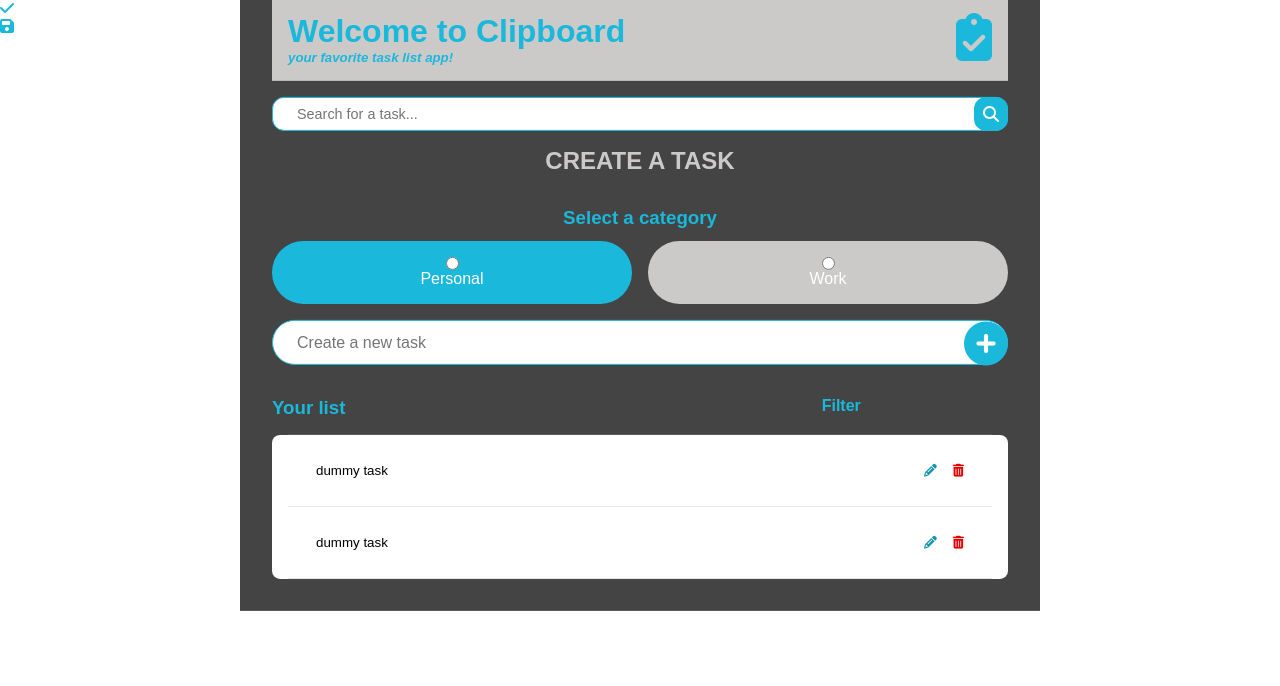
Repository: WesleyErasmus/Todo-App
Page: todoApp.html
An editor plug-in stored every save of this project. The page is shown before and after the next save, followed by the edit.
The browser window is 1280 px wide. The pictures show the whole page.
Some web libraries are served in a nearby version.

Above is the page before, as saved 2022-06-04 22:33:56.

After the next save:
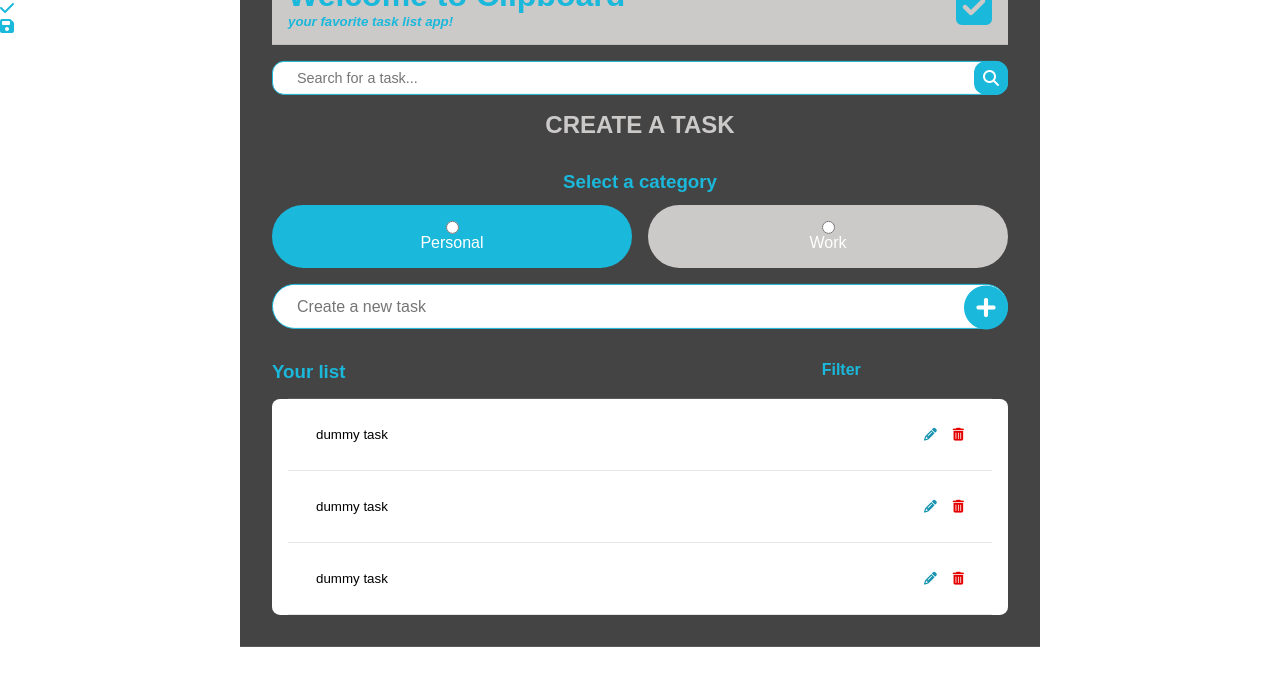
Saved 16 s later.
--- a/todoApp.html
+++ b/todoApp.html
@@ -96,6 +96,20 @@
                     </div>
                 </div>
 
+                <div class="dummy-task">
+
+                    <div class="task-name">
+                        <input type="text"
+                        class="text"
+                        value="dummy task"
+                        readonly>
+                        <div class="edit-delete">
+                            <button class="edit"><i class="fa-solid fa-pencil"></i></button>
+                            <button class="delete"><i class="fa fa-trash" aria-hidden="true"></i></button>
+                        </div>
+                    </div>
+                </div>
+
             </div>
 
         </section>
